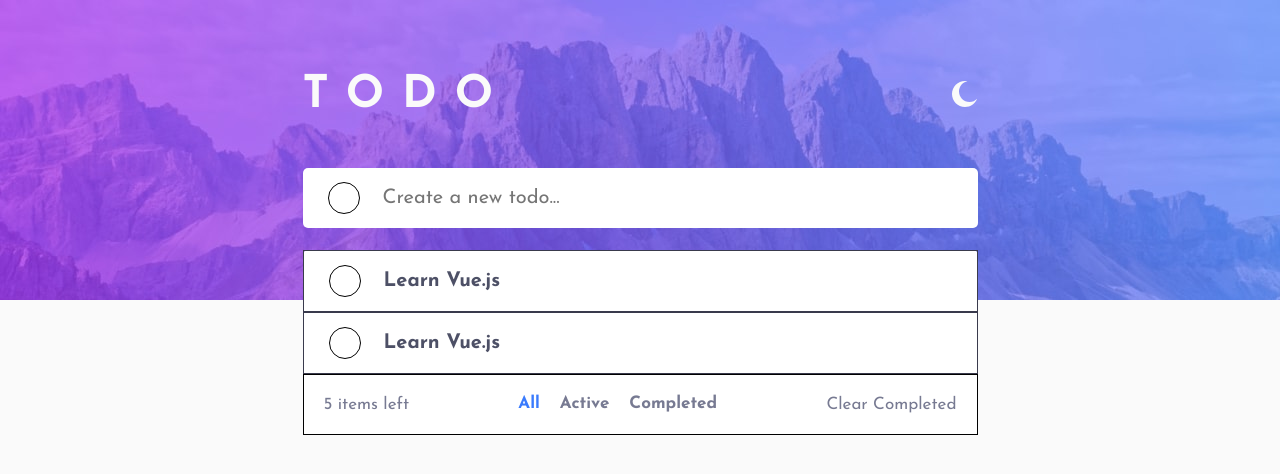
Repository: tomas938/todo-app
Page: /
An editor plug-in stored every save of this project. The page is shown before and after the next save, followed by the edit.
The browser window is 1280 px wide. The pictures show the whole page.
The project was rebuilt for these pictures with package versions that can differ from the ones it lists, and the page was loaded fresh each time.

Above is the page before, as saved 2021-08-18 12:09:17.

After the next save:
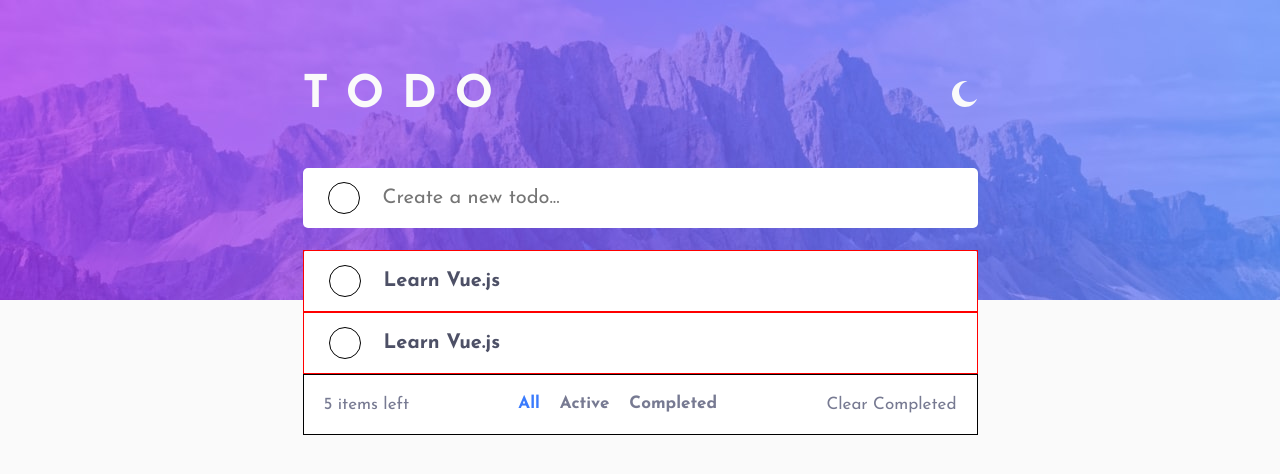
Saved 10 s later.
--- a/src/App.vue
+++ b/src/App.vue
@@ -13,7 +13,7 @@
 		--items-bg-color: hsl(0, 0%, 100%);
 		--body-bg: hsl(0, 0%, 98%);
 		--todo-text: hsl(233, 14%, 35%);
-		--todo-border: hsl(237, 14%, 26%);
+		--todo-border: red;
 	}
 }
 * {
